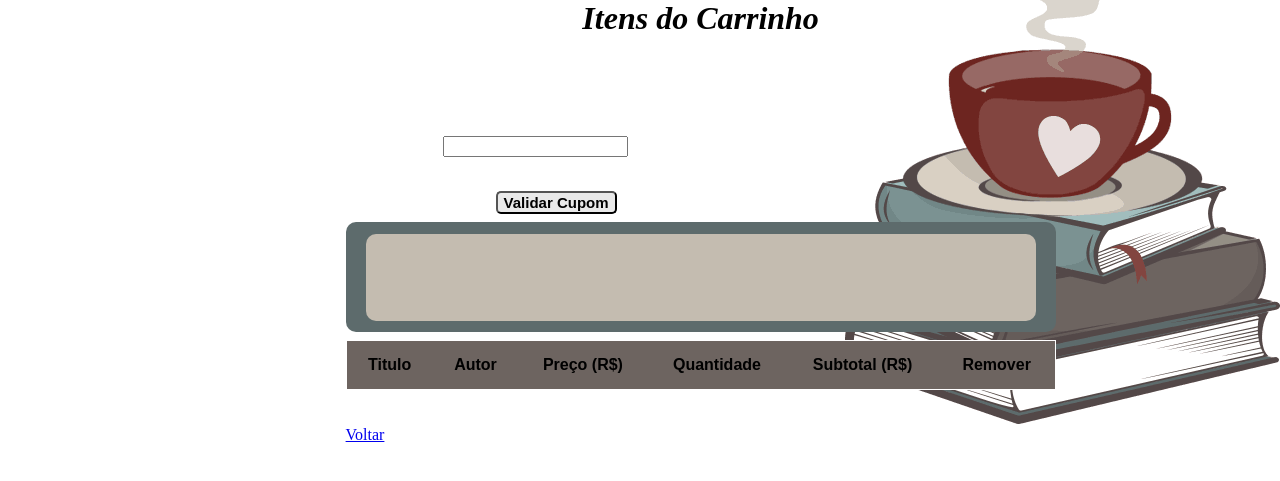
Repository: gabriellacrystina/ProjetoTegra
Page: http://localhost/book-store/meuCarrinho.jsp
The author's editor kept a copy of each file at every save. The page is drawn from the files as they stood at one save, then again after the next save.
The browser window is 1280 px wide. The pictures show the whole page.
The page is served by Tomcat 9. Nobody is signed in. The application's start-up code is not run. Other server files are loaded and not shown. The template is opened directly, without the code that normally fills it, so the values that code supplies are empty.

Above is the page before, as saved 2016-07-07 22:05:53.

### book-store/WebContent/meuCarrinho.jsp
<%@ page language="java" contentType="text/html; charset=ISO-8859-1"
    pageEncoding="ISO-8859-1"%>
<%@ page import="model.Item" %>
<%@ page import="java.util.ArrayList" %>
<%@ taglib uri="http://java.sun.com/jsp/jstl/core" prefix="c" %>

<!DOCTYPE html PUBLIC "-//W3C//DTD HTML 4.01 Transitional//EN" "http://www.w3.org/TR/html4/loose.dtd">
<html>
	<head>
		<meta http-equiv="Content-Type" content="text/html; charset=ISO-8859-1">
		<link rel="stylesheet" type="text/css" href="book-store-style.css">
		<title>Carrinho</title>
	</head>
	<body>
			<h1>Itens do Carrinho</h1>

			<section class="cupom">
				<div class="teste">
					<p>teste de lugar</p>
				</div>

				<h3>Possui cumpom de desconto?</h3>
				<p>Informe aqui: <input type="text" maxlength="15"></p>
				<br>
				<button class="btn" type="submit">Validar Cupom</button>
			</section>

			<div class="my-cart">
				<div class="carrinho">

				</div>
			</div>
			<table id="tbl-books">
			  <tr>
			    <th>Titulo</th>
			    <th>Autor</th>
			    <th>Preço (R$)</th>
			    <th>Quantidade</th>
			    <th>Subtotal (R$)</th>
			    <th>Remover</th>
			  </tr>
		  		<c:forEach var="item" items="${listaItens}">
		  			<tr class="livros">
						<td class="nome-livro">${item.getProduto().getTitulo()}</td>
						<td class="nome-autor">${item.getProduto().getAutor()}</td>
						<td class="preco">${item.getProduto().getPreco()}</td>
						<td class="quantidade">${item.getQuantidade()}</td>
						<td class="subtotal">${item.getSubtotal()}</td>
						<td>
							<form action="MeuCarrinho" method="post">
								<input type="hidden" name="id-livro" value="${item.getProduto().getId()}"/>
								<button class="btn btn-comprar" type="submit">Remover</button>
							</form>
						</td>
					</tr>
		  		</c:forEach>
			</table>
			<br>

			<br><a href="index.jsp">Voltar</a>
	</body>
</html>

### book-store/WebContent/book-store-style.css
@CHARSET "ISO-8859-1";

body {
	background-image: url("img/back.png");
	background-repeat: no-repeat;
	background-position: right top;
	background-attachment: initial;
    width: 710px;
    margin-top: 0px;
    margin-left: 27%;
	margin-right: auto;
}

h1 {
	font-style: oblique;
	text-align: center;
    color: #000000;
    margin-top: 0px;
    font-family: cursive;
}

h2{
	text-align: center;
	font-family: cursive;
    font-size: -webkit-xxx-large;
    color: #5D6B6C;
}

h5{
	color: #000000;
	font-size: x-large;
}

h4{
	color: #1b1919;
	text-align: center;
    font-size: x-large;
    font-family: cursive;

}

#tbl-books {
	width: 100%;
	font-family: "Arial", "Helvetica", sans-serif;
	border: 1px solid #ffffff;
    border-collapse: collapse;
}

#tbl-books tr:nth-child(even){
	background-color: #FFFFFF
}

#tbl-books tr:nth-child(odd){
	background-color: #6D6460;
}

th, td {
    padding: 15px;
    text-align: center;
}


.nome-livro{
	text-align: left;
}

.my-cart{
	width: 100%;
	height: 110px;
	border-radius: 10px;
    padding: 12px 20px;
    margin: 8px 0;
    box-sizing: border-box;
	background-color: #5D6B6C;
	margin-left: auto;
	margin-right: auto;
}
.cart{
	float: right;
	background-color: #c4bcb0;
	border-radius: 10px;
	padding-left: 10px;
	padding-bottom: 5px;
	margin-left: auto;
	margin-right: auto;
}

.carrinho{
	background-color: #c4bcb0;
	height: 90%;
	text-align: left;
	border-radius: 10px;
	padding-top: 10px;
	padding-left: 10px;
	padding-right: 10px;
	font: small-caption;
    font-weight: 700;
}

#lbl-meu-carrinho{
	font-size: 20px;
	font-weight: bold;
}

.btn {
	font-family: "Arial", "Helvetica", sans-serif;
	border-radius: 5px;
	font-size: 15px;
	font-weight: bold;
	margin-left: 150px;
	margin-right: 5px;
	background-color: #e9e9e9;
}

.btn-comprar{
	margin-left: 10%;
}

.btn-validarCumpom{
	margin-left: 60%;
}

.btn-concluirCompra{
	float: right;
	margin-top: -10px;
	margin-left: 70%;
}
.it-carrinho{
	margin-right: 150px;
}

.img-desconto{
	background-image: url("img/desconto.jpg");
	width: 10%;
	top:5px;
	left:20px;
	position:absolute;
}

#img-descricao{
	color: #ffffff;
	font-size: 10px;
}

h3, p{
	color: #ffffff;
	font-family: "Arial", "Helvetica", serif;
}

.desconto{
	margin-top: 0px;
	background-color: #6D2520;
	width: 22%;
	height: 100%;
	left:35px;
	text-align: left;
	padding-top: 5%;
	padding-left: 15px;
	position:absolute;
}

#img-desconto{
	padding-top: 20%;
	width: 100%;

}
.titulo-livro{
	font-size: larger;
}

After the next save:
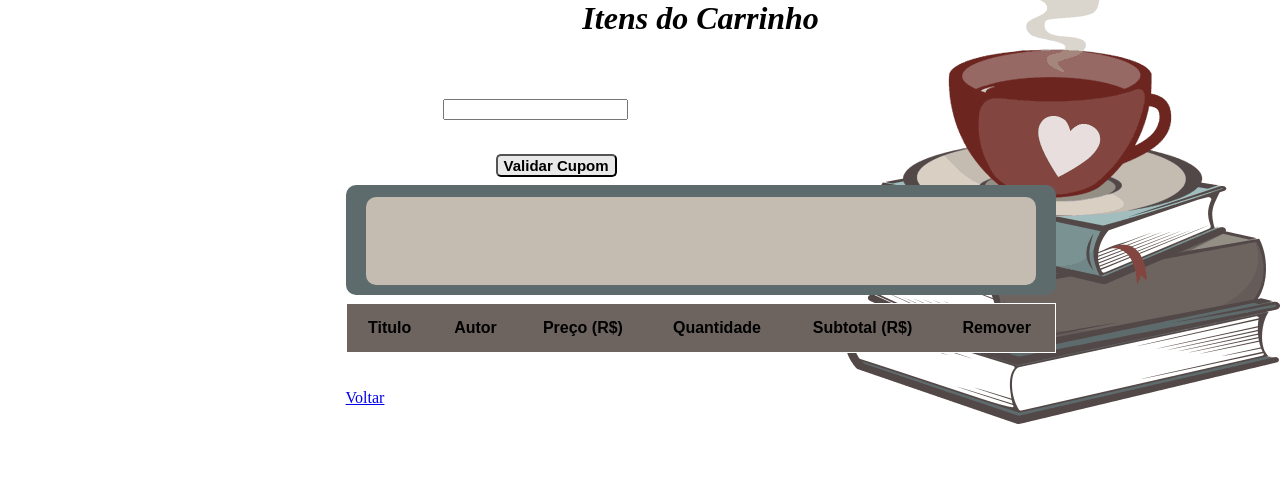
Saved 20 s later.
--- a/book-store/WebContent/meuCarrinho.jsp
+++ b/book-store/WebContent/meuCarrinho.jsp
@@ -16,13 +16,13 @@
 
 			<section class="cupom">
 				<div class="teste">
-					<p>teste de lugar</p>
+					<h3>Possui cumpom de desconto?</h3>
+					<p>Informe aqui: <input type="text" maxlength="15"></p>
+					<br>
+					<button class="btn" type="submit">Validar Cupom</button>
 				</div>
 
-				<h3>Possui cumpom de desconto?</h3>
-				<p>Informe aqui: <input type="text" maxlength="15"></p>
-				<br>
-				<button class="btn" type="submit">Validar Cupom</button>
+
 			</section>
 
 			<div class="my-cart">
